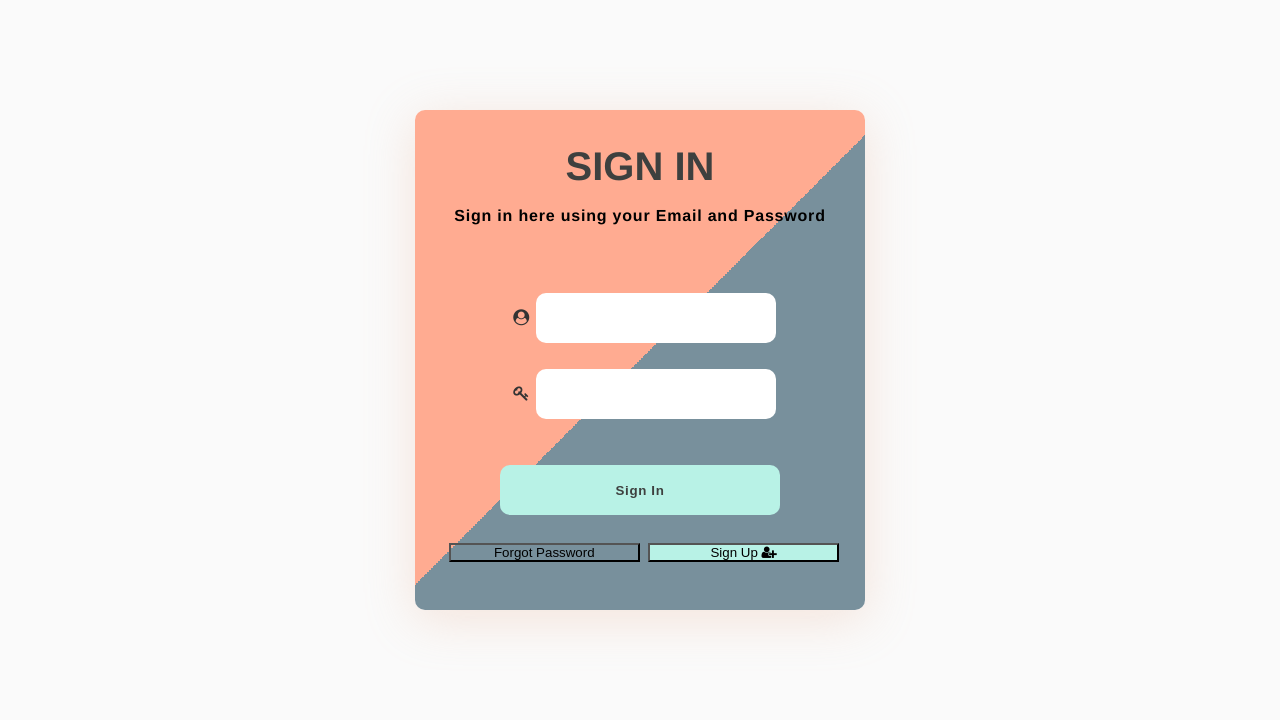
Repository: DhanushPrabha22/Zoho-Mini-Project
Page: http://localhost/ToDo_List/
These files come from the project's save history. The page is drawn as it stood at one moment and after the next save; the edit follows.
The browser window is 1280 px wide. The pictures show the whole page.
Some web libraries are served in a nearby version. The page is served by Tomcat 9. Other server files are loaded and not shown.

Above is the page before, as saved 2021-03-17 06:01:10.

### Todo Eclipse/ToDo_List/WebContent/sign_in.jsp
<!--

index.jsp

java version "1.8.0_45"

Created By Dhanush L

-->

<%@taglib uri="http://struts.apache.org/tags-html" prefix="html"%>

<!DOCTYPE html>
<html>
<head>
	<title>Sign in for your Tasks</title>
	<link rel="stylesheet" type="text/css" href="styles/sign_in.css" />
	<link rel="stylesheet" href="https://cdnjs.cloudflare.com/ajax/libs/font-awesome/4.7.0/css/font-awesome.min.css">
	<script src="https://ajax.googleapis.com/ajax/libs/jquery/2.1.1/jquery.min.js"></script>
	<script src="scripts/sign_in.js"></script>
</head>
<body>
	<div class="main-div">
		<!--   con = Container  for items in the form-->
		<div class="con">
			<!--     Start  header Content  -->
			<header class="head-form">
				<h2>SIGN IN</h2>
				<!--     A welcome message or an explanation of the login form -->
				<br>
				<p><b>Sign in here using your Email and Password</b></p>
			</header>
			<br>
			<div class="field-set">
				<html:form action="signingin" method="post">
					<!--user name -->
					<html:errors property="email_e"/><br>
					<span class="input-item"><i class="fa fa-user-circle"></i></span>
					<html:text styleClass="form-input" property="email"/><br>
					<!--Password -->
					<html:errors property="password_e"/><br>
					<span class="input-item"><i class="fa fa-key"></i></span>
					<html:password styleClass="form-input" property="password"/>
					<br><br>
					<html:submit styleClass="sign-up button" value="Sign In"/>
				</html:form>
				<!--   other buttons -->
				<div class="other">
					<!--      Forgot Password button-->
					<button class="btn submits frgt-pass" onclick="frogotPwd()">Forgot Password</button>
					<!--     Sign Up button -->
					<button class="btn submits sign-up" onclick="create_account()">Sign Up
					<!--         Sign Up font icon -->
					<i class="fa fa-user-plus" aria-hidden="true"></i>
					</button>
					<!--      End Other the Division -->
				</div>
			</div>
		<!--   End Container  -->
		</div>
	<!-- End Form -->
	</div>
</body>
</html>

### Todo Eclipse/ToDo_List/WebContent/styles/sign_in.css

* {
    padding: 0;
    margin: 0;
    box-sizing: border-box;
}

body {
  font-family: Helvetica, san-serif;
  overflow-x: hidden;
  overflow-y: hidden;
  background-color: #fafafa;
}

.main-div{
	box-shadow: 0 9px 50px hsla(20, 67%, 75%, 0.31);
	position: absolute;
	margin: auto;
  	top: 0;
  	right: 0;
  	bottom: 0;
  	left: 0;
	width: 450px;
	background-image: linear-gradient(-225deg, #FFAB91 50%, #78909C 50%);
    height: 500px;
	text-align:center;
    border-radius: 10px;
    padding: 2%;
}

.field-set{
	margin-top: -15px;
}



/* the header form form */
header {
    margin: 2% auto 10% auto;
    text-align: center;
}
/* Login title form form */
header h2 {
    font-size: 250%;
    color: #3e403f;
}
/*  A welcome message or an explanation of the login form */
header p {letter-spacing: 0.05em;}


.input-item {
    background: transparent;
    color: #333;
    padding: 14.5px 0px 15px 9px;
    margin-right: 2px;
}


/* inputs form  */
.form-input{
    width: 240px;
    height: 50px;
    margin-top: 2%;
    padding: 15px;
    font-size: 16px;
    font-family: 'Abel', sans-serif;
    color: #5E6472;
    outline: none;
    border: none;
    border-radius: 10px;
    transition: 0.2s linear;

}

.form-input:focus {
    transform: translateX(-2px);
    border-radius: 5px;
}


.button {
    display: inline-block;
    color: #3e403f;

    width: 280px;
    height: 50px;

    padding: 0 20px;
    background: #fff;
    border-radius: 10px;

    outline: none;
    border: none;

    cursor: pointer;
    text-align: center;
    transition: all 0.2s linear;
    font-weight: bold;
    margin: 7% auto;
    letter-spacing: 0.05em;
}
/* Submits */
.submits {
    width: 48%;
    display: inline-block;
    float: left;
    margin-left: 2%;
}

/* Forgot Password button FAF3DD  */
.frgt-pass {background: transparent;}

/*     Sign Up button  */
.sign-up {background: #B8F2E6;}


/* buttons hover */
.button:hover {
    transform: translatey(3px);
    box-shadow: none;
}

/* buttons hover Animation */
.button:hover {
    animation: ani9 0.4s ease-in-out infinite alternate;
}
@keyframes ani9 {
    0% {
        transform: translateY(3px);
    }
    100% {
        transform: translateY(5px);
    }
}

Loaded but not shown: Todo Eclipse/ToDo_List/WebContent/scripts/sign_in.js (no copy from this time; the picture is the same without it)

After the next save:
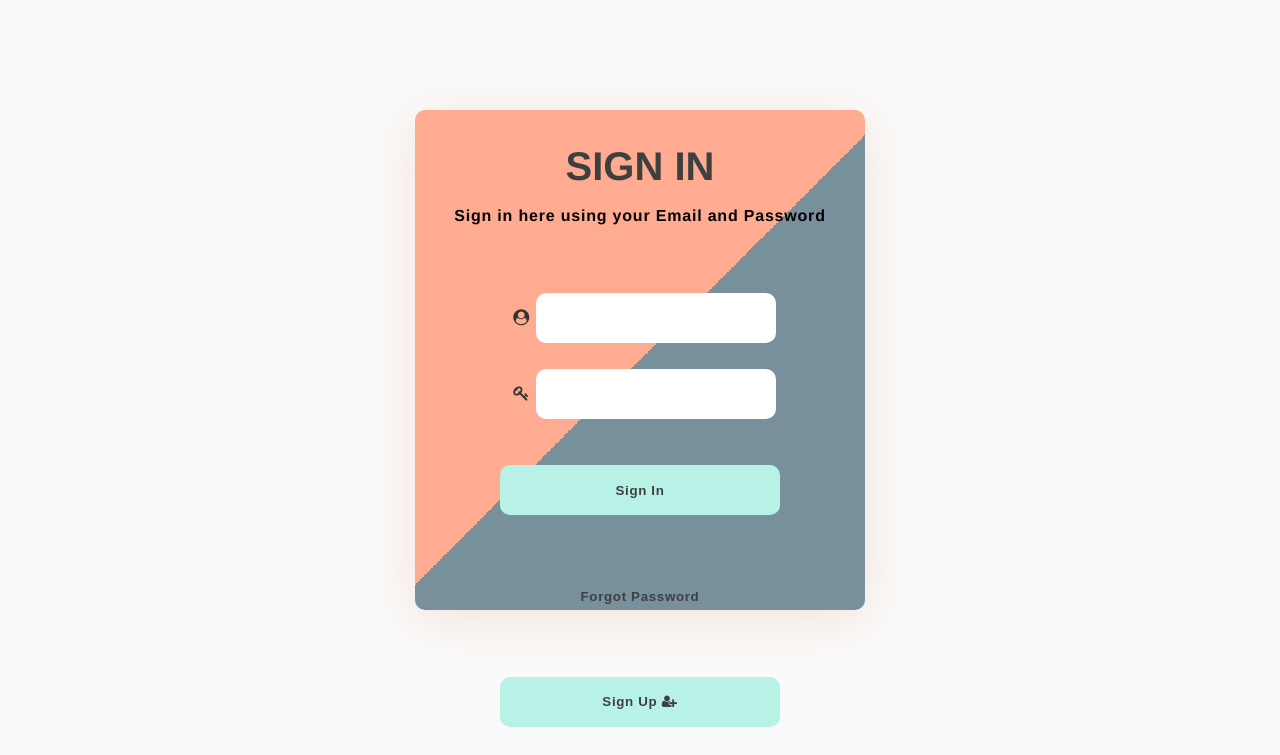
Saved 40 s later.
--- a/Todo Eclipse/ToDo_List/WebContent/sign_in.jsp
+++ b/Todo Eclipse/ToDo_List/WebContent/sign_in.jsp
@@ -47,9 +47,9 @@ Created By Dhanush L
 				<!--   other buttons -->
 				<div class="other">
 					<!--      Forgot Password button-->
-					<button class="btn submits frgt-pass" onclick="frogotPwd()">Forgot Password</button>
+					<button class="button frgt-pass" onclick="frogotPwd()">Forgot Password</button>
 					<!--     Sign Up button -->
-					<button class="btn submits sign-up" onclick="create_account()">Sign Up
+					<button class="button sign-up" onclick="create_account()">Sign Up
 					<!--         Sign Up font icon -->
 					<i class="fa fa-user-plus" aria-hidden="true"></i>
 					</button>
